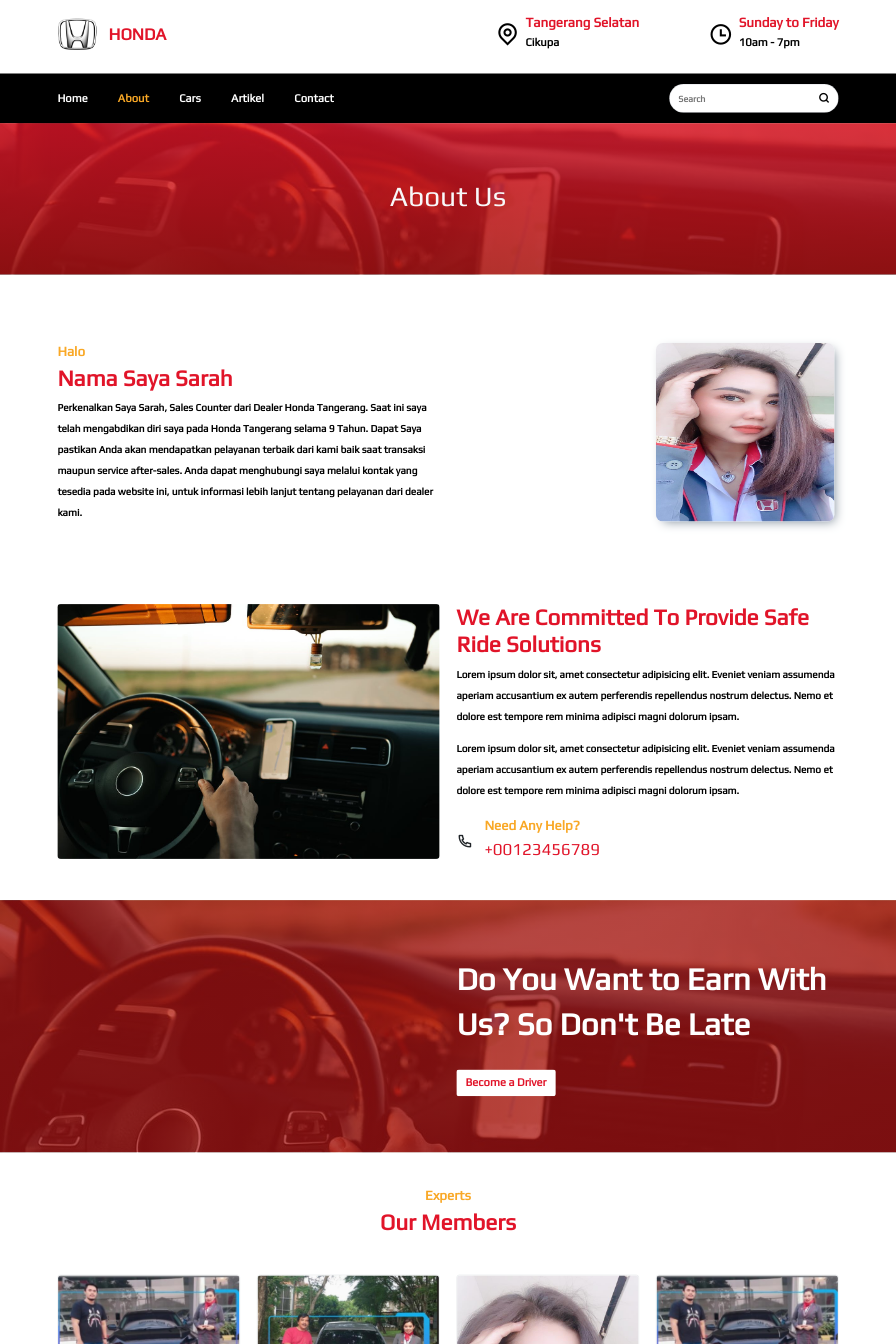
Repository: stevenxylver/Honda
Page: /about
An editor plug-in stored every save of this project. The page is shown before and after the next save, followed by the edit.
The browser window is 1280 px wide. The pictures show the part of the page from y = 0 to 1920 px (the page is 2834 px tall), at 70% of full size.
Pictures or frames that could not be fetched are drawn as grey boxes. The project was rebuilt for these pictures with package versions that can differ from the ones it lists, and the page was loaded fresh each time. Also part of the build but not shown: src/styles/hero-slider.css, src/components/UI/HeroSlider.jsx, src/components/UI/FindCarForm.jsx, src/styles/services-list.css, src/assets/data/serviceData.js, src/components/UI/ServicesList.jsx, src/components/UI/Example.jsx, src/assets/data/carData.js and 20 more.

Above is the page before, as saved 2022-11-20 10:14:47.

After the next save:
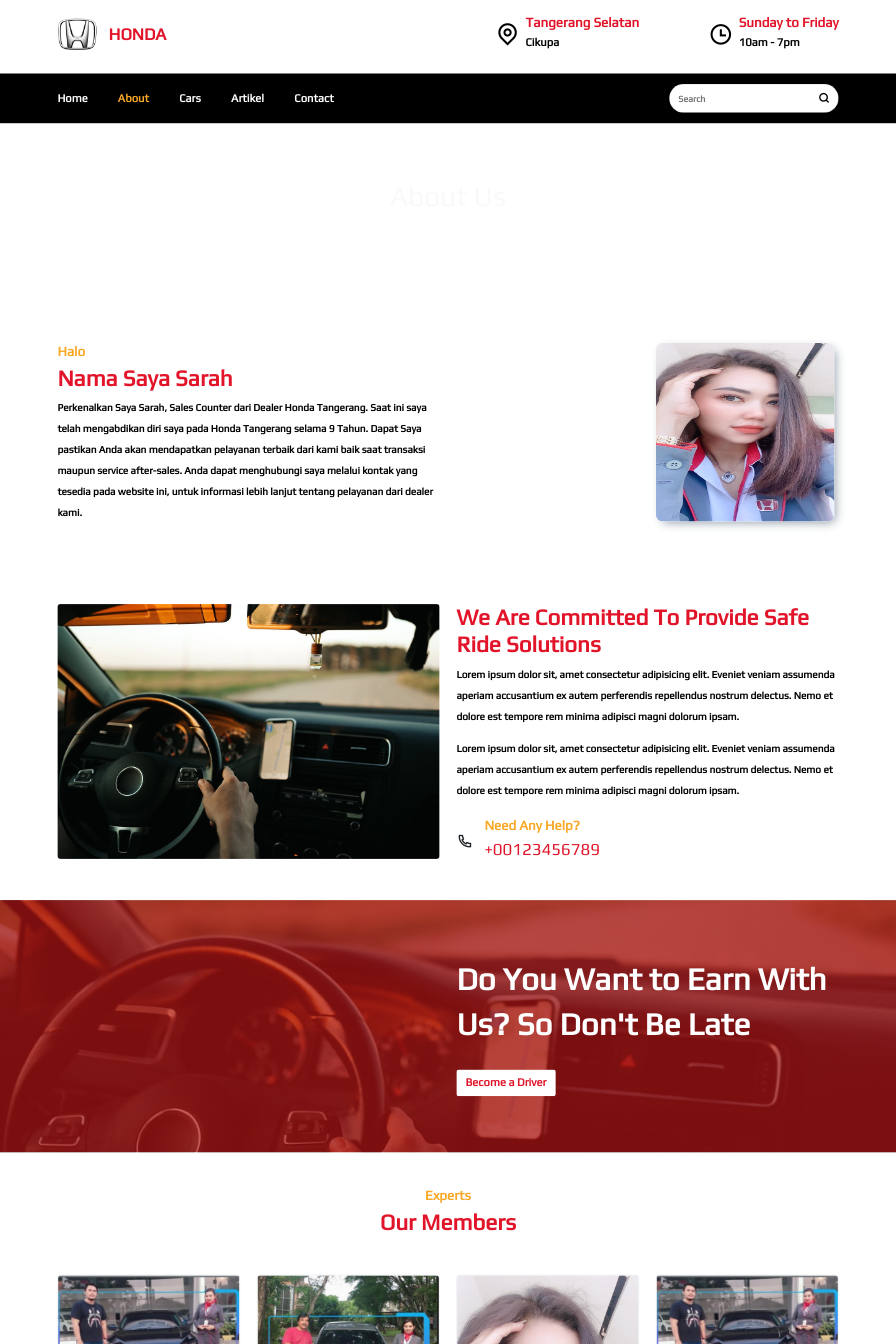
Saved 14 s later.
--- a/src/styles/common-section.css
+++ b/src/styles/common-section.css
@@ -1,5 +1,5 @@
 .common__section {
-  background: linear-gradient(rgb(225, 20, 41, 0.8), rgb(174, 18,20, 0.8)),
+  background: linear-gradient(rgb(225, 20, 41, 0.6), rgb(174, 18,20, 0.6))
     url("../assets/all-images/drive.jpg");
   background-position: center;
   background-size: cover;
